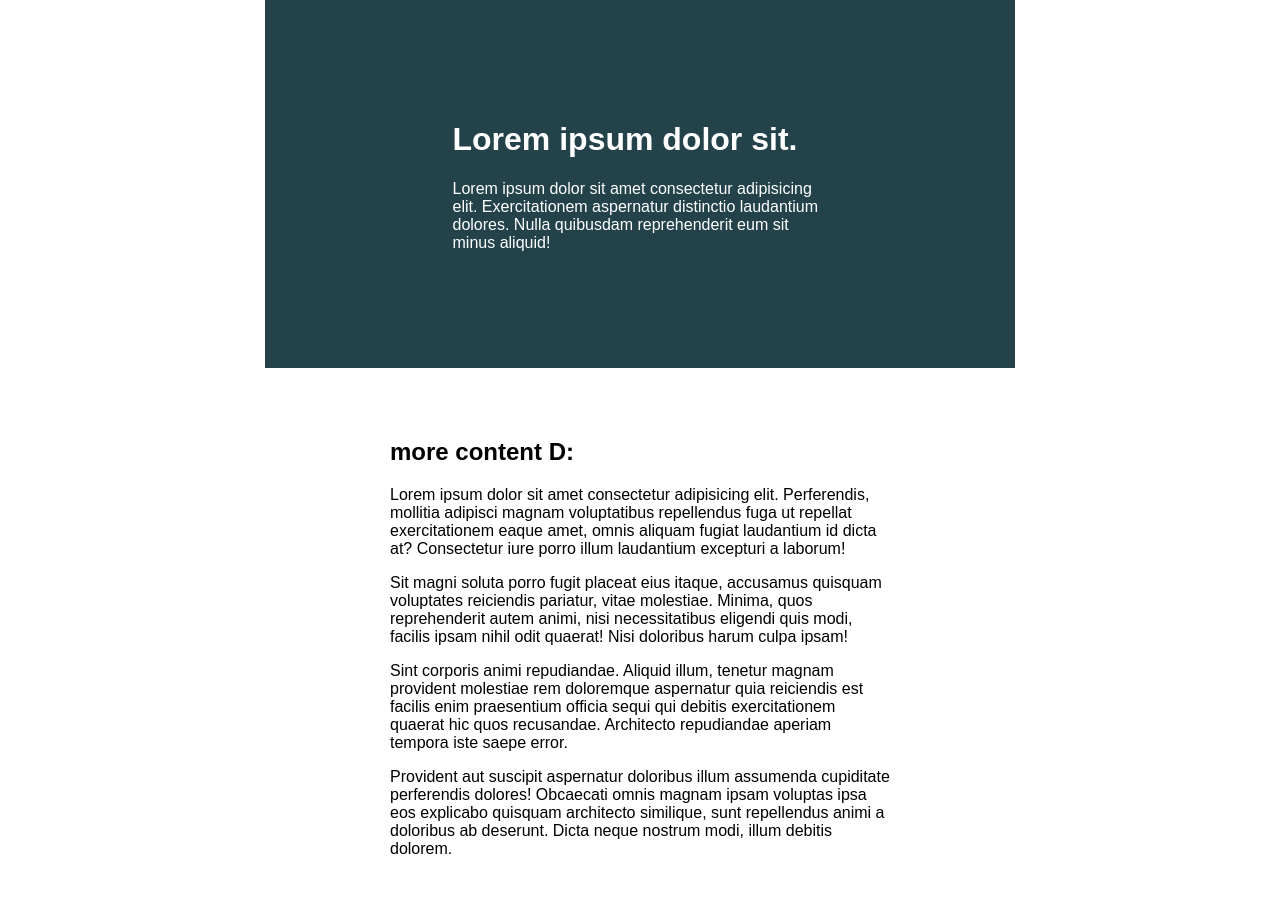
Repository: ufanodev/responsive-3
Page: index.html
An editor plug-in stored every save of this project. The page is shown before and after the next save, followed by the edit.
The browser window is 1280 px wide. The pictures show the whole page.

Above is the page before, as saved 2022-12-10 19:40:16.

### index.html
<!DOCTYPE html>
<html lang="en">
<head>
    <meta charset="UTF-8">
    <meta name="viewport" content="width=device-width, initial-scale=1.0">
    <title>KP Responsive Course</title>

    <link rel="stylesheet" href="style.css">
</head>
<body>

    <div class="container">
        <div class="intro-content">
            <h1>Lorem ipsum dolor sit.</h1>
            <p>Lorem ipsum dolor sit amet consectetur adipisicing elit. Exercitationem aspernatur distinctio laudantium dolores. Nulla quibusdam reprehenderit eum sit minus aliquid!</p>
        </div>
    </div>

    <div class ="intro-content">
        <h2>more content D:</h2>
            <p>Lorem ipsum dolor sit amet consectetur adipisicing elit. Perferendis, mollitia adipisci magnam voluptatibus repellendus fuga ut repellat exercitationem eaque amet, omnis aliquam fugiat laudantium id dicta at? Consectetur iure porro illum laudantium excepturi a laborum!</p>

            <p>Sit magni soluta porro fugit placeat eius itaque, accusamus quisquam voluptates reiciendis pariatur, vitae molestiae. Minima, quos reprehenderit autem animi, nisi necessitatibus eligendi quis modi, facilis ipsam nihil odit quaerat! Nisi doloribus harum culpa ipsam!</p>

            <p>Sint corporis animi repudiandae. Aliquid illum, tenetur magnam provident molestiae rem doloremque aspernatur quia reiciendis est facilis enim praesentium officia sequi qui debitis exercitationem quaerat hic quos recusandae. Architecto repudiandae aperiam tempora iste saepe error.</p>
            <p>Provident aut suscipit aspernatur doloribus illum assumenda cupiditate perferendis dolores! Obcaecati omnis magnam ipsam voluptas ipsa eos explicabo quisquam architecto similique, sunt repellendus animi a doloribus ab deserunt. Dicta neque nostrum modi, illum debitis dolorem.</p>
    </div>

</body>
</html>

### style.css
/* INSTRUCTIONS
 *
 * 1) Keep the text inside .intro-content
 *    in the same place, but have the background
 *    extend from one side of the viewport
 *    to the other, no matter how wide or narrow
 *    the browser is.
 *
 * 2) Limit the maximum width of the text in the
 *    bottom area.
 *
 * You may modify the HTML if needed
 * (you probably should for this challenge)
 *
 */

* {
  box-sizing: border-box;
}

body {
  margin: 0;
  font-family: sans-serif;
}

.container {
  width: 80%;
  max-width: 750px;
  margin: 0 auto;
  background: #23424a;
  color: white;
  padding: 50px 0;
}

.intro-content {
  width: 50%;
  max-width: 500px;
  margin: 0 auto;
  padding: 50px 0;
}

After the next save:
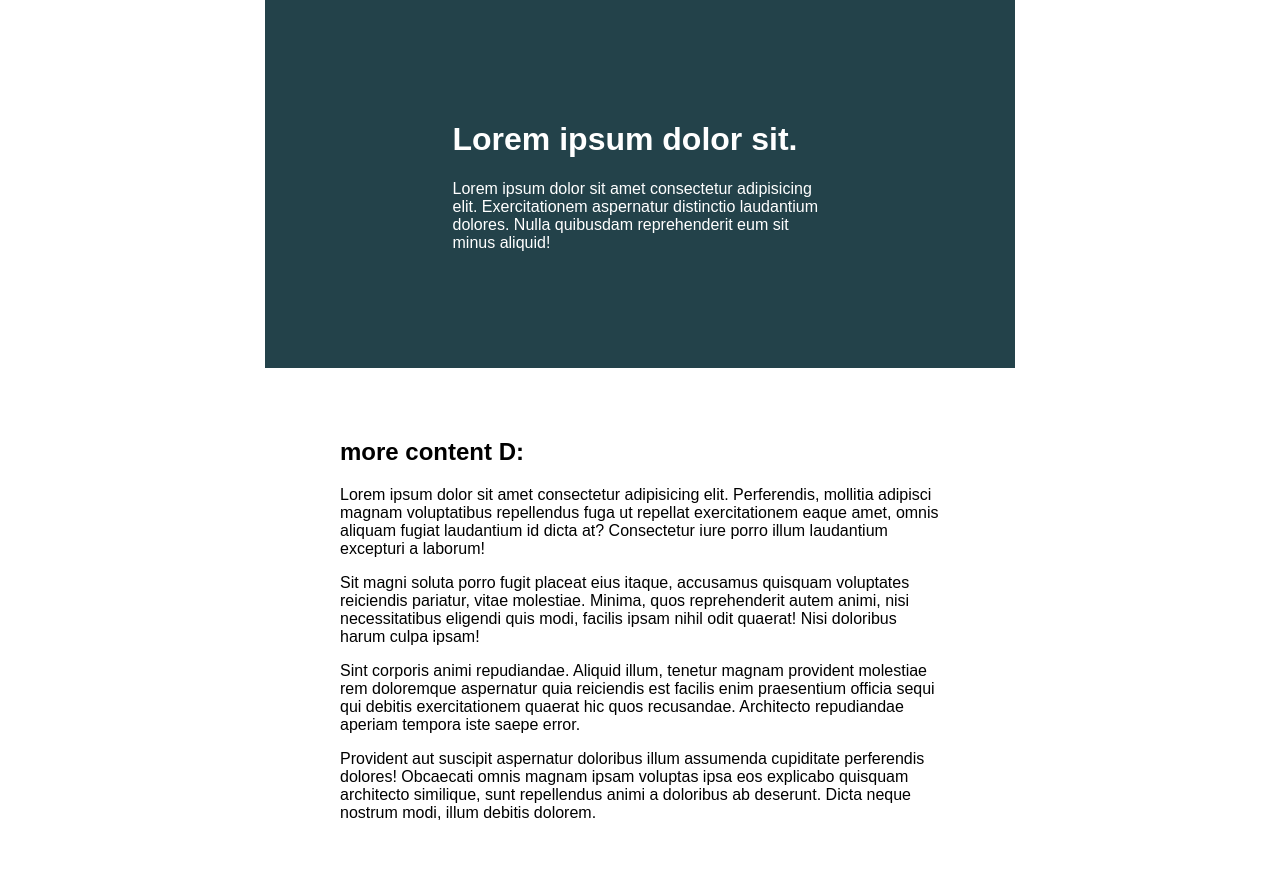
Saved 5 s later.
--- a/style.css
+++ b/style.css
@@ -34,7 +34,7 @@ body {
 
 .intro-content {
   width: 50%;
-  max-width: 500px;
+  max-width: 600px;
   margin: 0 auto;
   padding: 50px 0;
 }
